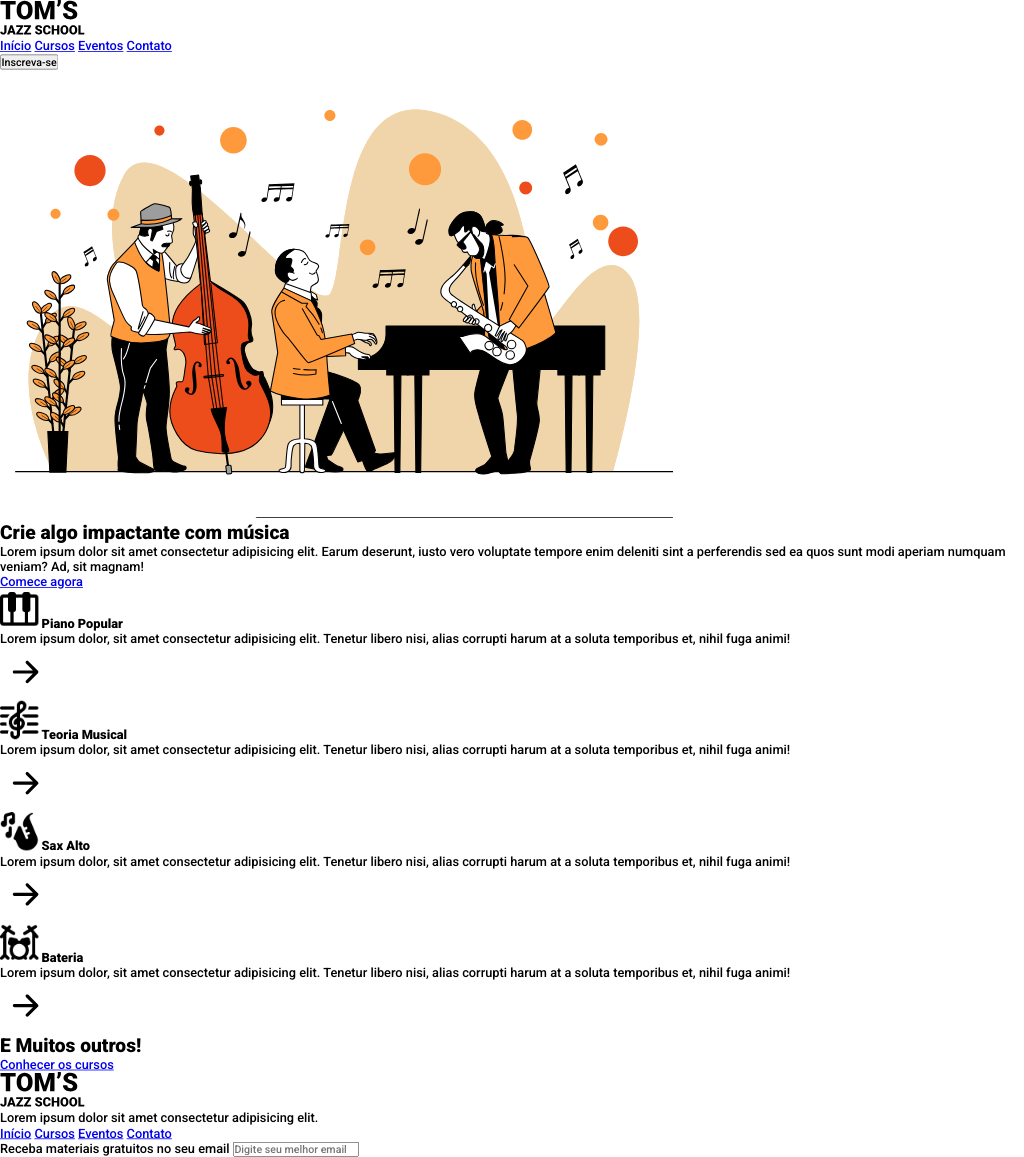
Repository: tenoriodasilva31/OBC-Music-School
Page: index.html
These files come from the project's save history. The page is drawn as it stood at one moment and after the next save; the edit follows.
The browser window is 1280 px wide. The pictures show the whole page, at 80% of full size.

Above is the page before, as saved 2023-07-05 16:58:33.

### index.html
<!DOCTYPE html>
<html lang="pt-BR">
<head>
    <meta charset="UTF-8">
    <meta name="viewport" content="width=device-width, initial-scale=1.0">
    <title>Tom's Jazz School</title>

    <link rel="preconnect" href="https://fonts.googleapis.com">
    <link rel="preconnect" href="https://fonts.gstatic.com" crossorigin>

    <link rel="stylesheet" href="index.css">

    <link href="https://fonts.googleapis.com/css2?family=Roboto:wght@500;900&display=swap" rel="stylesheet">
</head>
<body>
    <header>
        <img src="./img/logo.svg" alt="Tom's School">
        <nav>
            <a href="#">Início</a>
            <a href="#">Cursos</a>
            <a href="#">Eventos</a>
            <a href="#">Contato</a>
        </nav>
        <button href="#" class="button">Inscreva-se</button>
    </header>
    <main>
        <section>
            <img src="/img/hero-img.svg" alt="Banda de jazz se apresentando">
            <div>
                <h1>Crie algo <span>impactante</span> com música</h1>
                <p>Lorem ipsum dolor sit amet consectetur adipisicing elit. Earum deserunt, iusto vero voluptate tempore enim deleniti sint a perferendis sed ea quos sunt modi aperiam numquam veniam? Ad, sit magnam!</p>
                <a href="#" class="button">Comece agora</a>
            </div>
        </section>
        <section>
            <div class="cards">
            <article>

                <img src="/img/piano.png" alt="icone de teclas de piano">
                <strong>Piano Popular</strong>
                <p>Lorem ipsum dolor, sit amet consectetur adipisicing elit. Tenetur libero nisi, alias corrupti harum at a soluta temporibus et, nihil fuga animi!</p>
                <a href="#">
                    <img src="/img/arrow-right.svg" alt="Ir para página do curso">
                </a>
            </article>
            <article>
                <img src="/img/clef.png" alt="icone clave">
                <strong>Teoria Musical</strong>
                <p>Lorem ipsum dolor, sit amet consectetur adipisicing elit. Tenetur libero nisi, alias corrupti harum at a soluta temporibus et, nihil fuga animi!</p>
                <a href="#">
                    <img src="/img/arrow-right.svg" alt="Ir para página do curso">
                </a>
            </article>
            <article>
                <img src="/img/sax.png" alt="icone de teclas de piano">
                <strong>Sax Alto</strong>
                <p>Lorem ipsum dolor, sit amet consectetur adipisicing elit. Tenetur libero nisi, alias corrupti harum at a soluta temporibus et, nihil fuga animi!</p>
                <a href="#">
                    <img src="/img/arrow-right.svg" alt="Ir para página do curso">
                </a>
            </article>
            <article>
                <img src="/img/drums.png" alt="icone de teclas de piano">
                <strong>Bateria</strong>
                <p>Lorem ipsum dolor, sit amet consectetur adipisicing elit. Tenetur libero nisi, alias corrupti harum at a soluta temporibus et, nihil fuga animi!</p>
                <a href="#">
                    <img src="/img/arrow-right.svg" alt="Ir para página do curso">
                </a>
            </article>
            </div>
            <h2>E <span>Muitos</span> outros!</h2>
            <a href="#" class="button">Conhecer os cursos</a>
        </section>
    </main>

    <footer>
        <div>
            <img src="/img/logo.svg" alt="Tom's School">
            <p>Lorem ipsum dolor sit amet consectetur adipisicing elit. </p>
        </div>
        <nav>
            <a href="#">Início</a>
            <a href="#">Cursos</a>
            <a href="#">Eventos</a>
            <a href="#">Contato</a>
        </nav>
        <form>
            <label for="email">Receba materiais gratuitos no seu email</label>
            <input type="text" name="email" id="email" placeholder="Digite seu melhor email">
        </form>
    </footer>
</body>
</html>

### index.css
* {
    box-sizing: border-box;
    font-family: 'Roboto', sans-serif;
    margin: 0;
    padding: 0;
}

:root {
    --color-primary: #ED4D1B;
    --color-secondary: #FF9a3c;
    --color-black: #000;
    --color-white: #FFF;
}

body {
    background-color: linear-gradient(90deg, #ffe7d1 0%, #FFF2e6 100%);

}

After the next save:
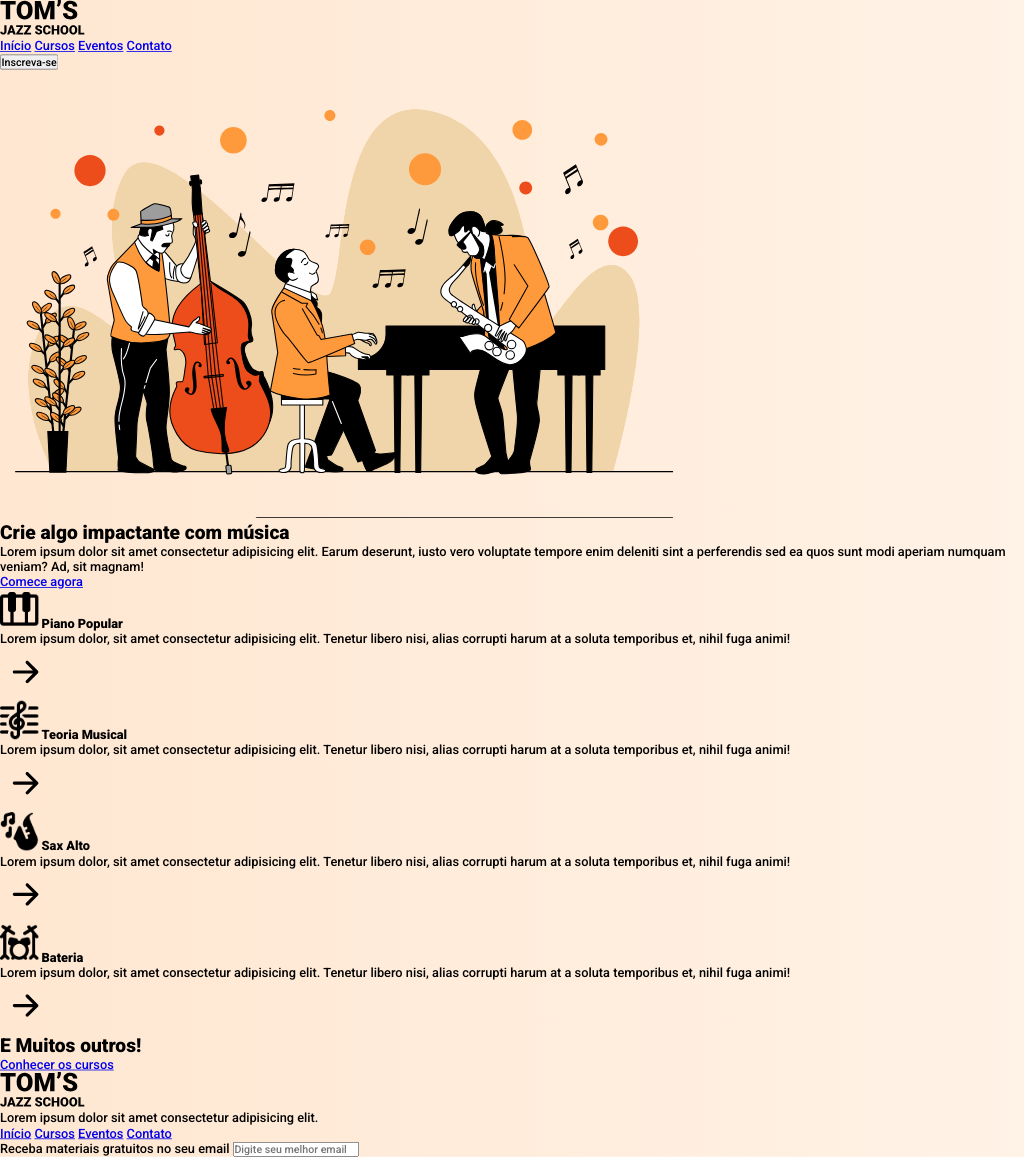
Saved 24 s later.
--- a/index.css
+++ b/index.css
@@ -13,6 +13,6 @@
 }
 
 body {
-    background-color: linear-gradient(90deg, #ffe7d1 0%, #FFF2e6 100%);
+    background: linear-gradient(90deg, #ffe7d1 0%, #FFF2e6 100%);
 
 }
